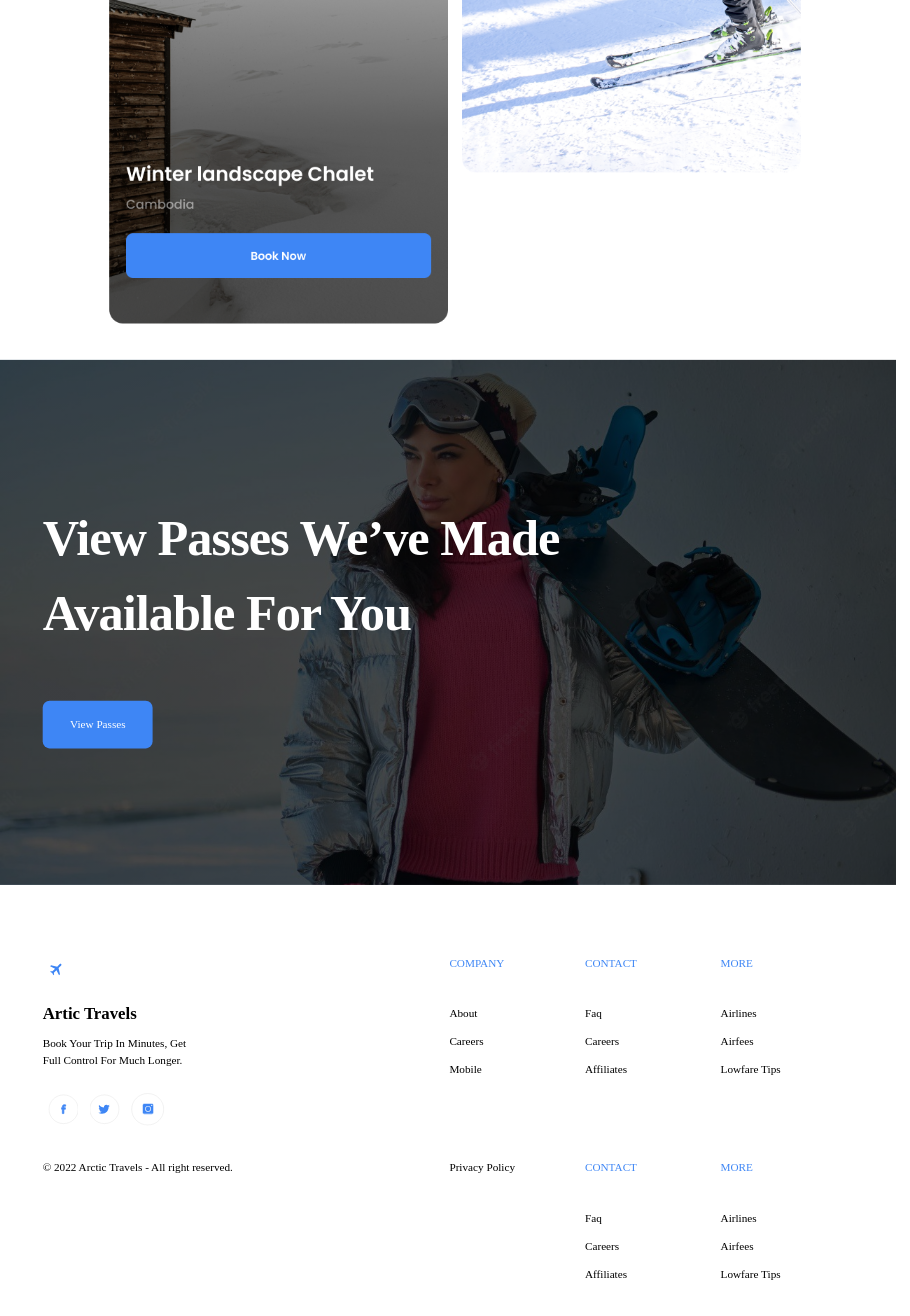
Repository: swissjake/arctic-travel-agency
Page: /
An editor plug-in stored every save of this project. The page is shown before and after the next save, followed by the edit.
The browser window is 1280 px wide. The page is 1300 px wide, so the pictures cover 1300 px, including what lies to the right of the window. The pictures show the part of the page from y = 4013 to 5893 px (the page is 5893 px tall), at 70% of full size.
The project was rebuilt for these pictures with package versions that can differ from the ones it lists, and the page was loaded fresh each time. Also part of the build but not shown: src/App.css.

Above is the page before, as saved 2022-05-04 17:38:10.

After the next save:
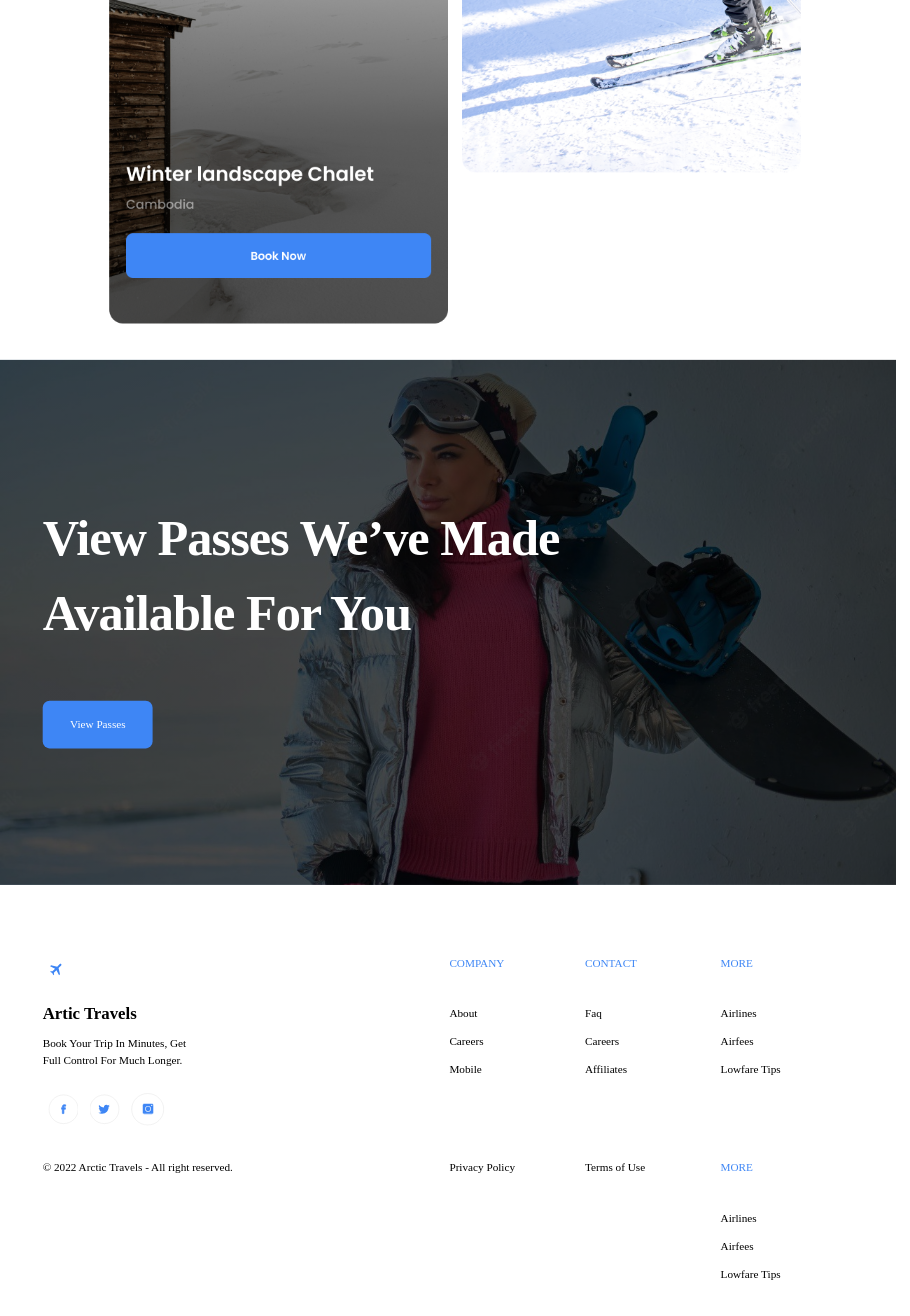
Saved 12 s later.
--- a/src/components/Footer/Footer.tsx
+++ b/src/components/Footer/Footer.tsx
@@ -72,12 +72,7 @@
 </div>
 
 <div className='mb-5 flex-1'>
-  <h2 className="text-[#3E86F5] mb-[40px] uppercase">contact</h2>
-  <ul>
-    {contact.map((item,index)=>(
-      <li className="capitalize leading-10">{item}</li>
-    ))}
-  </ul>
+Terms of Use
 </div>
 
 <div className='mb-5 flex-1'>
